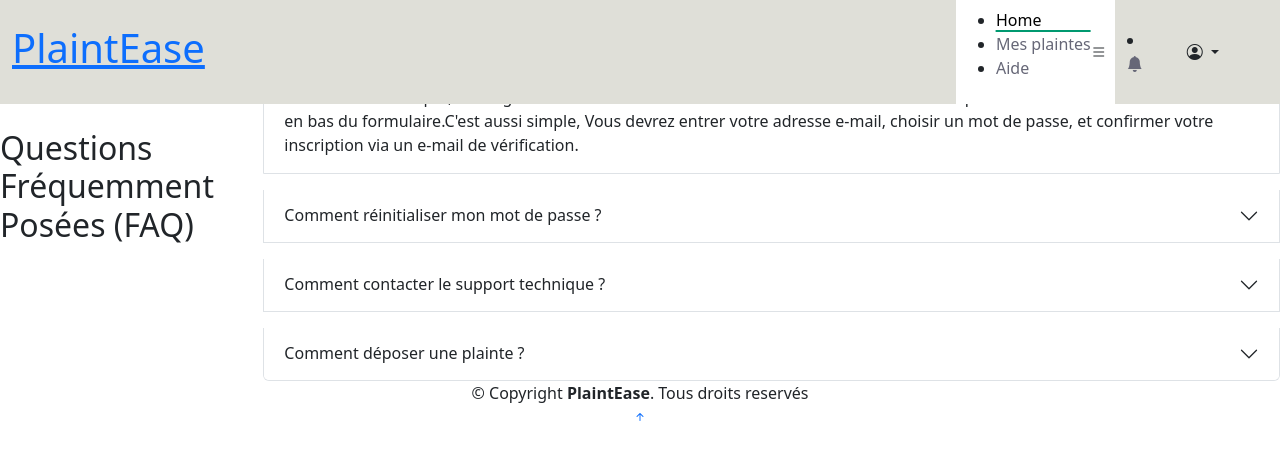
Repository: Senare1/PlaintEasy
Page: complaints/templates/complaints/aide.html
These files come from the project's save history. The page is drawn as it stood at one moment and after the next save; the edit follows.
The browser window is 1280 px wide. The pictures show the whole page.
Some web libraries are served in a nearby version. The template is drawn by Django 4.2. The application's start-up code is not run. Other server files are loaded and not shown. The template is opened directly, without the code that normally fills it, so the values that code supplies are empty.

Above is the page before, as saved 2024-08-11 05:55:53.
Console error: ReferenceError: Swiper is not defined

### complaints/templates/complaints/aide.html
{% load static %}
<!DOCTYPE html>
<html lang="en">

<head>
  <meta charset="utf-8">
  <meta content="width=device-width, initial-scale=1.0" name="viewport">

  <title>Page d'accueil</title>

  <!-- Vendor CSS Files -->

  <link href="https://cdn.jsdelivr.net/npm/bootstrap@5.3.3/dist/css/bootstrap.min.css" rel="stylesheet" integrity="sha384-QWTKZyjpPEjISv5WaRU9OFeRpok6YctnYmDr5pNlyT2bRjXh0JMhjY6hW+ALEwIH" crossorigin="anonymous">
  <link href="https://cdnjs.cloudflare.com/ajax/libs/font-awesome/6.1.1/css/all.min.css" rel="stylesheet">
  <link rel="stylesheet" href="https://cdnjs.cloudflare.com/ajax/libs/bootstrap-icons/1.10.0/font/bootstrap-icons.min.css">
  <link rel="stylesheet" href="https://cdnjs.cloudflare.com/ajax/libs/font-awesome/5.15.3/css/all.min.css" />


  <!-- Template Main CSS File -->
  <link href="{% static 'complaints/css/style.css' %}" rel="stylesheet">

</head>

<body>

  <!-- ======= Header ======= -->
  <header id="header" class="fixed-top d-flex align-items-center " style="background-color:rgb(223, 223, 216);">
    <div class="container d-flex align-items-center justify-content-between ">

      <div class="logo">
        <h1><a href="{% url 'home' %}">PlaintEase</a></h1>
        <!-- Uncomment below if you prefer to use an image logo -->
        <!-- <a href="index.html"><img src="assets/img/logo.png" alt="" class="img-fluid"></a>-->
      </div>

      <nav id="navbar" class="navbar">
        <ul>
          <li><a class="nav-link scrollto active" href="{% url 'home' %}">Home</a></li>
          <li><a class="nav-link scrollto" href="{% url 'my_plaints' %}">Mes plaintes</a></li>
          <li><a class="nav-link scrollto" href="{% url 'help' %}">Aide</a></li>
        </ul>
        <i class="bi bi-list mobile-nav-toggle"></i>
      </nav><!-- .navbar -->
    </div>
    <li class="nav-item notification-icon">
      <a class="nav-link" href="#">
          <i class="bi bi-bell-fill "></i>
          <span class="badge">{{ number }}</span>
      </a>
    </li>
  <div class="dropdown me-5 ms-4">

    <button class="btn  dropdown-toggle " type="button" data-bs-toggle="dropdown" aria-expanded="false">
      <i class="bi bi-person-circle "></i>
    </button>
    <ul class="dropdown-menu">
      <li><a class="dropdown-item text-danger" href="{% url 'logout' %}"><i class="fas fa-power-off px-1"></i>Logout</a></li>
    </ul>
  </div>
  </header><!-- End Header -->

  <!-- ======= Hero Section ======= -->
  <section id="hero" class="d-flex align-items-center">
      <h2>Questions Fréquemment Posées (FAQ)</h2>
      <div class="accordion" id="faqAccordion">
        <!-- Question 1 -->
        <div class="accordion-item mt-3">
          <h2 class="accordion-header" id="headingOne">
            <button class="accordion-button" type="button" data-bs-toggle="collapse" data-bs-target="#collapseOne" aria-expanded="true" aria-controls="collapseOne">
              Comment puis-je créer un compte ?
            </button>
          </h2>
          <div id="collapseOne" class="accordion-collapse collapse show" aria-labelledby="headingOne" data-bs-parent="#faqAccordion">
            <div class="accordion-body">
              Pour créer un compte, renseigner vos informations dans le formulairede creation ' l'acceui puis valider avec le bouton S'inscrire en bas du formulaire.C'est aussi simple, Vous devrez entrer votre adresse e-mail, choisir un mot de passe, et confirmer votre inscription via un e-mail de vérification.
            </div>
          </div>
        </div>

        <!-- Question 2 -->
        <div class="accordion-item mt-3">
          <h2 class="accordion-header" id="headingTwo">
            <button class="accordion-button collapsed" type="button" data-bs-toggle="collapse" data-bs-target="#collapseTwo" aria-expanded="false" aria-controls="collapseTwo">
              Comment réinitialiser mon mot de passe ?
            </button>
          </h2>
          <div id="collapseTwo" class="accordion-collapse collapse" aria-labelledby="headingTwo" data-bs-parent="#faqAccordion">
            <div class="accordion-body">
              Pour réinitialiser votre mot de passe, cliquez sur "Mot de passe oublié ?" sur la page de connexion. Suivez les instructions pour recevoir un e-mail avec un lien de réinitialisation.
            </div>
          </div>
        </div>

        <!-- Question 3 -->
        <div class="accordion-item mt-3">
          <h2 class="accordion-header" id="headingThree">
            <button class="accordion-button collapsed" type="button" data-bs-toggle="collapse" data-bs-target="#collapseThree" aria-expanded="false" aria-controls="collapseThree">
              Comment contacter le support technique ?
            </button>
          </h2>
          <div id="collapseThree" class="accordion-collapse collapse" aria-labelledby="headingThree" data-bs-parent="#faqAccordion">
            <div class="accordion-body">
              Vous pouvez contacter notre support technique en utilisant le formulaire de contact disponible dans la section "Contactez-nous" de notre site en bas de cette page.
            </div>
          </div>
        </div>

        <!-- Question 4 -->
        <div class="accordion-item mt-3">
          <h2 class="accordion-header" id="headingFour">
            <button class="accordion-button collapsed" type="button" data-bs-toggle="collapse" data-bs-target="#collapseFour" aria-expanded="false" aria-controls="collapseFour">
              Comment déposer une plainte ?
            </button>
          </h2>
          <div id="collapseFour" class="accordion-collapse collapse" aria-labelledby="headingFour" data-bs-parent="#faqAccordion">
            <div class="accordion-body">
              <p>Pour déposer une plainte, veuillez suivre ces étapes :</p>
              <ol>
                <li><strong>Remplir le Formulaire :</strong> Accédez au formulaire de dépôt de plainte sur notre plateforme.</li>
                <li><strong>Décrire le Problème :</strong> Détaillez la situation ou le problème rencontré en fournissant toutes les informations nécessaires.</li>
                <li><strong>Soumettre :</strong> Envoyez le formulaire. Vous recevrez une confirmation de réception par e-mail.</li>
                <li><strong>Suivi :</strong> Notre équipe examinera votre plainte et vous contactera si nécessaire pour des informations complémentaires.</li>
              </ol>
              <p>Nous nous engageons à traiter toutes les plaintes avec sérieux et à vous fournir une réponse rapide.</p>
            </div>
          </div>
        </div>
      </div>
  </section><!-- End Hero -->


  <!-- ======= Footer ======= -->
  <footer id="footer " class=" ">
    <div class="container">
      <div class="row d-flex align-items-center">
        <div class="col-lg-12 text-lg-left text-center">
          <div class="copyright">
            &copy; Copyright <strong>PlaintEase</strong>. Tous droits reservés
          </div>
        </div>

      </div>
    </div>
  </footer><!-- End Footer -->

  <a href="#" class="back-to-top d-flex align-items-center justify-content-center"><i
      class="bi bi-arrow-up-short"></i></a>

  <!-- Vendor JS Files -->
  <script src="https://cdn.jsdelivr.net/npm/bootstrap@5.3.3/dist/js/bootstrap.bundle.min.js" integrity="sha384-YvpcrYf0tY3lHB60NNkmXc5s9fDVZLESaAA55NDzOxhy9GkcIdslK1eN7N6jIeHz" crossorigin="anonymous"></script>
  <!-- Template Main JS File -->
  <script src="{% static 'complaints/js/main.js' %}"></script>

</body>
</html>

### complaints/static/complaints/css/style.css
.navbar{
    background-color: #fff;
    /*height: 80px;*/
    font-size: 16px;
    /*margin: 20px;
    border-radius: 40px;*/
    padding: 0.5rem;
}


.navbar-brand{
    color: #009970;
    font-weight: 500;
    font-size: 24px;
    transition: 0.3s color;
}
.logout-button{
    background-color: #990000;
    font-size: 14px;
    color: #fff;
    padding: 8px 20px;
    border-radius: 50px;
    text-decoration: none;
    transition: 0.3s background-color;
}

.logout-button:hover{
    background-color: #990000;
}

.navbar-toggler{
    border: none;
    font-size: 1.25rem;
}
.navbar-toggler:focus,.btn-close:focus{
    box-shadow: none;
    outline: none;
}

.nav-link{
    color: #666777;
    font-weight: 500;
    position: relative;
}

.nav-link:hover,.nav-link.active{
    color: #000;
}
@media(min-width:991px){
    .nav-link::before{
        content: "";
        position: absolute;
        bottom: 0;
        left: 50%;
        transform: translateX(-50%);
        width: 0;
        height: 2px;
        background-color: #009970;
        visibility: hidden;
        transition: 0.3s ease-in-out;
    }

    .nav-link:hover::before,.nav-link.nav-link.active::before{
        width: 100%;
        visibility: visible;
    }
}

.hero-section{
    background : url(../image/law.jpeg) no-repeat center;
    background-size: cover;
    width: 100%;
    height: 100vh;
    padding-top: 50px;
}

/* Contrôle de la barre de recherche*/
.search-form {
    border-radius: .10rem;
    padding: 0.3rem;
}
.search-input {
    border: none;
    box-shadow: none;
}
.search-input:focus {
    border: none;
    box-shadow: none;
    outline: none;
}
.search-button {
    border: none;
    box-shadow: none;
}
.search-button:focus {
    outline: none;
}

/* End footer*/

/* Start footer*/

.footer {
    background-color: #f8f9fa;
    padding: 2rem 0;
    border-top: 1px solid #e9ecef;
}
.footer a {
    color: #6c757d;
    text-decoration: none;
}
.footer a:hover {
    text-decoration: underline;
}
.social-icons a {
    margin: 0 0.5rem;
    color: #6c757d;
}
.social-icons a:hover {
    color: #495057;
}


/* End footer*/

### complaints/static/complaints/js/main.js
/**
* Template Name: Vesperr - v4.10.0
* Template URL: https://bootstrapmade.com/vesperr-free-bootstrap-template/
* Author: BootstrapMade.com
* License: https://bootstrapmade.com/license/
*/
(function() {
  "use strict";

  /**
   * Easy selector helper function
   */
  const select = (el, all = false) => {
    el = el.trim()
    if (all) {
      return [...document.querySelectorAll(el)]
    } else {
      return document.querySelector(el)
    }
  }

  /**
   * Easy event listener function
   */
  const on = (type, el, listener, all = false) => {
    let selectEl = select(el, all)
    if (selectEl) {
      if (all) {
        selectEl.forEach(e => e.addEventListener(type, listener))
      } else {
        selectEl.addEventListener(type, listener)
      }
    }
  }

  /**
   * Easy on scroll event listener
   */
  const onscroll = (el, listener) => {
    el.addEventListener('scroll', listener)
  }

  /**
   * Navbar links active state on scroll
   */
  let navbarlinks = select('#navbar .scrollto', true)
  const navbarlinksActive = () => {
    let position = window.scrollY + 200
    navbarlinks.forEach(navbarlink => {
      if (!navbarlink.hash) return
      let section = select(navbarlink.hash)
      if (!section) return
      if (position >= section.offsetTop && position <= (section.offsetTop + section.offsetHeight)) {
        navbarlink.classList.add('active')
      } else {
        navbarlink.classList.remove('active')
      }
    })
  }
  window.addEventListener('load', navbarlinksActive)
  onscroll(document, navbarlinksActive)

  /**
   * Scrolls to an element with header offset
   */
  const scrollto = (el) => {
    let header = select('#header')
    let offset = header.offsetHeight

    if (!header.classList.contains('header-scrolled')) {
      offset -= 20
    }

    let elementPos = select(el).offsetTop
    window.scrollTo({
      top: elementPos - offset,
      behavior: 'smooth'
    })
  }

  /**
   * Toggle .header-scrolled class to #header when page is scrolled
   */
  let selectHeader = select('#header')
  if (selectHeader) {
    const headerScrolled = () => {
      if (window.scrollY > 100) {
        selectHeader.classList.add('header-scrolled')
      } else {
        selectHeader.classList.remove('header-scrolled')
      }
    }
    window.addEventListener('load', headerScrolled)
    onscroll(document, headerScrolled)
  }

  /**
   * Back to top button
   */
  let backtotop = select('.back-to-top')
  if (backtotop) {
    const toggleBacktotop = () => {
      if (window.scrollY > 100) {
        backtotop.classList.add('active')
      } else {
        backtotop.classList.remove('active')
      }
    }
    window.addEventListener('load', toggleBacktotop)
    onscroll(document, toggleBacktotop)
  }

  /**
   * Mobile nav toggle
   */
  on('click', '.mobile-nav-toggle', function(e) {
    select('#navbar').classList.toggle('navbar-mobile')
    this.classList.toggle('bi-list')
    this.classList.toggle('bi-x')
  })

  /**
   * Mobile nav dropdowns activate
   */
  on('click', '.navbar .dropdown > a', function(e) {
    if (select('#navbar').classList.contains('navbar-mobile')) {
      e.preventDefault()
      this.nextElementSibling.classList.toggle('dropdown-active')
    }
  }, true)

  /**
   * Scrool with ofset on links with a class name .scrollto
   */
  on('click', '.scrollto', function(e) {
    if (select(this.hash)) {
      e.preventDefault()

      let navbar = select('#navbar')
      if (navbar.classList.contains('navbar-mobile')) {
        navbar.classList.remove('navbar-mobile')
        let navbarToggle = select('.mobile-nav-toggle')
        navbarToggle.classList.toggle('bi-list')
        navbarToggle.classList.toggle('bi-x')
      }
      scrollto(this.hash)
    }
  }, true)

  /**
   * Scroll with ofset on page load with hash links in the url
   */
  window.addEventListener('load', () => {
    if (window.location.hash) {
      if (select(window.location.hash)) {
        scrollto(window.location.hash)
      }
    }
  });

  /**
   * Testimonials slider
   */
  new Swiper('.testimonials-slider', {
    speed: 600,
    loop: true,
    autoplay: {
      delay: 5000,
      disableOnInteraction: false
    },
    slidesPerView: 'auto',
    pagination: {
      el: '.swiper-pagination',
      type: 'bullets',
      clickable: true
    },
    breakpoints: {
      320: {
        slidesPerView: 1,
        spaceBetween: 20
      },

      1200: {
        slidesPerView: 2,
        spaceBetween: 20
      }
    }
  });

  /**
   * Porfolio isotope and filter
   */
  window.addEventListener('load', () => {
    let portfolioContainer = select('.portfolio-container');
    if (portfolioContainer) {
      let portfolioIsotope = new Isotope(portfolioContainer, {
        itemSelector: '.portfolio-item',
        layoutMode: 'fitRows'
      });

      let portfolioFilters = select('#portfolio-flters li', true);

      on('click', '#portfolio-flters li', function(e) {
        e.preventDefault();
        portfolioFilters.forEach(function(el) {
          el.classList.remove('filter-active');
        });
        this.classList.add('filter-active');

        portfolioIsotope.arrange({
          filter: this.getAttribute('data-filter')
        });
        portfolioIsotope.on('arrangeComplete', function() {
          AOS.refresh()
        });
      }, true);
    }

  });

  /**
   * Initiate portfolio lightbox
   */
  const portfolioLightbox = GLightbox({
    selector: '.portfolio-lightbox'
  });

  /**
   * Portfolio details slider
   */
  new Swiper('.portfolio-details-slider', {
    speed: 400,
    loop: true,
    autoplay: {
      delay: 5000,
      disableOnInteraction: false
    },
    pagination: {
      el: '.swiper-pagination',
      type: 'bullets',
      clickable: true
    }
  });

  /**
   * Animation on scroll
   */
  window.addEventListener('load', () => {
    AOS.init({
      duration: 1000,
      easing: 'ease-in-out',
      once: true,
      mirror: false
    })
  });

  /**
   * Initiate Pure Counter
   */
  new PureCounter();

})()



// script.js

const carouselItems = document.querySelectorAll('.carousel-item');
let index = 0;

function showImage(index) {
    carouselItems.forEach((item, i) => {
        item.classList.remove('active');
        item.style.animation = ''; // Réinitialise l'animation
        if (i === index) {
            item.classList.add('active');
            item.style.animation = 'fadeIn 1s ease-in-out'; // Animation d'entrée
        }
    });
}

function nextImage() {
    carouselItems[index].style.animation = 'fadeOut 1s ease-in-out'; // Animation de sortie
    index = (index + 1) % carouselItems.length;
    showImage(index);
}

// Initial setup
showImage(index);

// Automatic slide every 3 seconds
setInterval(nextImage, 3000); // Change image every 3 seconds

After the next save:
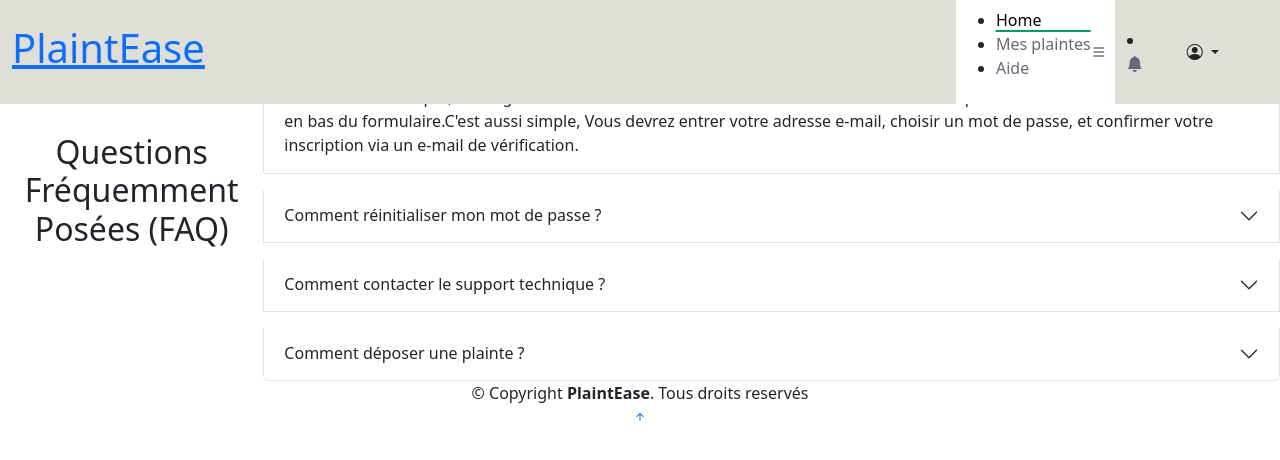
Saved 28 s later.
--- a/complaints/templates/complaints/aide.html
+++ b/complaints/templates/complaints/aide.html
@@ -61,7 +61,7 @@
 
   <!-- ======= Hero Section ======= -->
   <section id="hero" class="d-flex align-items-center">
-      <h2>Questions Fréquemment Posées (FAQ)</h2>
+      <h2 class="my-2 text-center">Questions Fréquemment Posées (FAQ)</h2>
       <div class="accordion" id="faqAccordion">
         <!-- Question 1 -->
         <div class="accordion-item mt-3">
